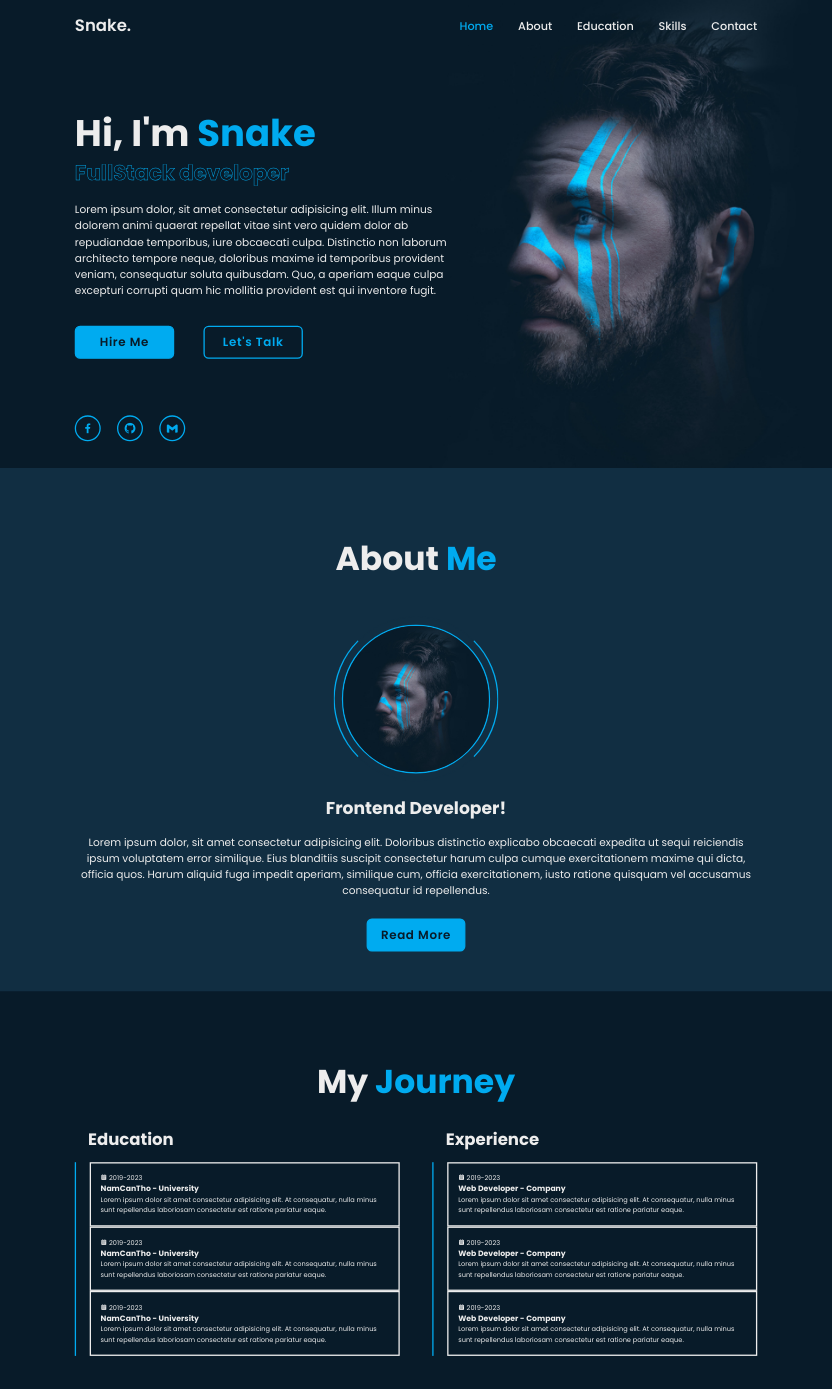
Repository: Tanty102/About_Me
Page: index.html
These files come from the project's save history. The page is drawn as it stood at one moment and after a run of saves; the edit follows.
The browser window is 1280 px wide. The pictures show the whole page, at 65% of full size.

Above is the page before, as saved 2023-09-12 18:38:34.

### index.html
<!DOCTYPE html>
<html lang="en">
  <head>
    <meta charset="UTF-8" />
    <meta name="viewport" content="width=device-width, initial-scale=1.0" />
    <link rel="stylesheet" href="style.css" />
    <title>CV Snake</title>
  </head>

  <!-- box icons -->
  <link
    href="https://unpkg.com/boxicons@2.1.4/css/boxicons.min.css"
    rel="stylesheet" />
  <body>
    <!-- Header design -->
    <header class="header">
      <a href="#" class="logo">Snake.</a>

      <div class="bx bx-menu" id="menu-icon"></div>

      <nav class="navbar">
        <a href="#home" class="active">Home</a>
        <a href="#about">About</a>
        <a href="#education">Education</a>
        <a href="#skills">Skills</a>
        <a href="#contact">Contact</a>
      </nav>
    </header>

    <!-- Home section design -->
    <section class="home" id="home">
      <div class="home-content">
        <h1>Hi, I'm <span>Snake</span></h1>
        <div class="text-animate">
          <h3>FullStack developer</h3>
        </div>
        <p>
          Lorem ipsum dolor, sit amet consectetur adipisicing elit. Illum minus
          dolorem animi quaerat repellat vitae sint vero quidem dolor ab
          repudiandae temporibus, iure obcaecati culpa. Distinctio non laborum
          architecto tempore neque, doloribus maxime id temporibus provident
          veniam, consequatur soluta quibusdam. Quo, a aperiam eaque culpa
          excepturi corrupti quam hic mollitia provident est qui inventore
          fugit.
        </p>

        <div class="btn-box">
          <a href="#" class="btn">Hire Me</a>
          <a href="#" class="btn">Let's Talk</a>
        </div>
      </div>

      <div class="home-sci">
        <a href="#"><i class="bx bxl-facebook"></i></a>
        <a href="#"><i class="bx bxl-github"></i></a>
        <a href="#"><i class="bx bxl-gmail"></i></a>
      </div>

      <div class="home-imgHover"></div>
    </section>

    <!-- About section design -->
    <section class="about" id="about">
      <h2 class="heading">About <span>Me</span></h2>

      <div class="about-img">
        <img src="image/about.jpg" alt="" />
        <span class="circle-spin"></span>
      </div>

      <div class="about-content">
        <h3>Frontend Developer!</h3>
        <p>
          Lorem ipsum dolor, sit amet consectetur adipisicing elit. Doloribus
          distinctio explicabo obcaecati expedita ut sequi reiciendis ipsum
          voluptatem error similique. Eius blanditiis suscipit consectetur harum
          culpa cumque exercitationem maxime qui dicta, officia quos. Harum
          aliquid fuga impedit aperiam, similique cum, officia exercitationem,
          iusto ratione quisquam vel accusamus consequatur id repellendus.
        </p>

        <div class="btn-box btns">
          <a href="#" class="btn">Read More</a>
        </div>
      </div>
    </section>

    <!-- Education section design -->
    <section class="education" id="education">
      <h2 class="heading">My <span>Journey</span></h2>

      <div class="education-row">
        <div class="education-column">
          <h3 class="title">Education</h3>

          <div class="education-box">
            <div class="education-content">
              <div class="content">
                <div class="year">
                  <i class="bx bxs-calendar"></i> 2019-2023
                </div>
                <h3>NamCanTho - University</h3>
                <p>
                  Lorem ipsum dolor sit amet consectetur adipisicing elit. At
                  consequatur, nulla minus sunt repellendus laboriosam
                  consectetur est ratione pariatur eaque.
                </p>
              </div>
            </div>

            <div class="education-content">
              <div class="content">
                <div class="year">
                  <i class="bx bxs-calendar"></i> 2019-2023
                </div>
                <h3>NamCanTho - University</h3>
                <p>
                  Lorem ipsum dolor sit amet consectetur adipisicing elit. At
                  consequatur, nulla minus sunt repellendus laboriosam
                  consectetur est ratione pariatur eaque.
                </p>
              </div>
            </div>

            <div class="education-content">
              <div class="content">
                <div class="year">
                  <i class="bx bxs-calendar"></i> 2019-2023
                </div>
                <h3>NamCanTho - University</h3>
                <p>
                  Lorem ipsum dolor sit amet consectetur adipisicing elit. At
                  consequatur, nulla minus sunt repellendus laboriosam
                  consectetur est ratione pariatur eaque.
                </p>
              </div>
            </div>
          </div>
        </div>

        <div class="education-column">
          <h3 class="title">Experience</h3>

          <div class="education-box">
            <div class="education-content">
              <div class="content">
                <div class="year">
                  <i class="bx bxs-calendar"></i> 2019-2023
                </div>
                <h3>Web Developer - Company</h3>
                <p>
                  Lorem ipsum dolor sit amet consectetur adipisicing elit. At
                  consequatur, nulla minus sunt repellendus laboriosam
                  consectetur est ratione pariatur eaque.
                </p>
              </div>
            </div>

            <div class="education-content">
              <div class="content">
                <div class="year">
                  <i class="bx bxs-calendar"></i> 2019-2023
                </div>
                <h3>Web Developer - Company</h3>
                <p>
                  Lorem ipsum dolor sit amet consectetur adipisicing elit. At
                  consequatur, nulla minus sunt repellendus laboriosam
                  consectetur est ratione pariatur eaque.
                </p>
              </div>
            </div>

            <div class="education-content">
              <div class="content">
                <div class="year">
                  <i class="bx bxs-calendar"></i> 2019-2023
                </div>
                <h3>Web Developer - Company</h3>
                <p>
                  Lorem ipsum dolor sit amet consectetur adipisicing elit. At
                  consequatur, nulla minus sunt repellendus laboriosam
                  consectetur est ratione pariatur eaque.
                </p>
              </div>
            </div>
          </div>
        </div>
      </div>
    </section>

    <script src="main.js"></script>
  </body>
</html>

### style.css
@import url("https://fonts.googleapis.com/css2?family=Poppins:wght@300;400;500;600;700;800;900&display=swap");

* {
  margin: 0;
  padding: 0;
  box-sizing: border-box;
  text-decoration: none;
  border: none;
  outline: none;
  scroll-behavior: smooth;
  font-family: "Poppins", sans-serif;
}

:root {
  --bg-color: #081b29;
  --second-bg-color: #112e42;
  --text-color: #ededed;
  --main-color: #00abf0;
}

html {
  font-size: 63.5%;
  overflow-x: hidden;
}

body {
  background: var(--bg-color);
  color: var(--text-color);
}

.header {
  position: fixed;
  top: 0;
  left: 0;
  width: 100%;
  padding: 2rem 9%;
  background: transparent;
  display: flex;
  justify-content: space-between;
  align-items: center;
  z-index: 100;
}

.logo {
  font-size: 2.5rem;
  color: var(--text-color);
  font-weight: 600;
}

.navbar a {
  font-size: 1.7rem;
  color: var(--text-color);
  font-weight: 500;
  margin-left: 3.5rem;
  transition: 0.3s;
}

.navbar a:hover,
.navbar a.active {
  color: var(--main-color);
}

#menu-icon {
  font-size: 3.6rem;
  color: var(--text-color);
  cursor: pointer;
  display: none;
}

section {
  min-height: 100vh;
  padding: 10rem 9% 2rem;
}

.home {
  display: flex;
  align-items: center;
  padding: 0 9%;
  background: url("/image/home.jpg") no-repeat;
  background-size: cover;
  background-position: center;
}

.home-content {
  max-width: 60rem;
}

.home-content h1 {
  font-size: 5.6rem;
  font-weight: 700;
  line-height: 1.3;
}

.home-content .text-animate {
  position: relative;
  width: 32.8rem;
}

.home-content .text-animate h3 {
  font-size: 3.2rem;
  font-weight: 700;
  color: transparent;
  -webkit-text-stroke: 0.7px var(--main-color);
}

.home-content p {
  font-size: 1.6rem;
  margin: 2rem 0 4rem;
}

.btn-box {
  position: relative;
  display: flex;
  justify-content: space-between;
  width: 34.5rem;
  height: 5rem;
}
.btn-box .btn {
  position: relative;
  display: inline-flex;
  justify-content: center;
  align-items: center;
  width: 15rem;
  height: 100%;
  background: var(--main-color);
  border: 0.2rem solid var(--main-color);
  border-radius: 0.8rem;
  font-size: 1.8rem;
  font-weight: 600;
  letter-spacing: 0.1rem;
  color: var(--bg-color);
  z-index: 1;
  overflow: hidden;
  transition: 0.5s;
}

.btn-box .btn:hover {
  color: var(--main-color);
}

.btn-box .btn:nth-child(2) {
  background: transparent;
  color: var(--main-color);
}

.btn-box .btn:nth-child(2):hover {
  color: var(--bg-color);
}

.btn-box .btn:nth-child(2)::before {
  background: var(--main-color);
}

.btn-box .btn::before {
  content: "";
  position: absolute;
  top: 0;
  left: 0;
  width: 0;
  height: 100%;
  background: var(--bg-color);
  z-index: -1;
  transition: 0.5s;
}

.btn-box .btn:hover::before {
  width: 100%;
}

.home-sci {
  position: absolute;
  bottom: 4rem;
  width: 170px;
  display: flex;
  justify-content: space-between;
}

.home-sci a {
  position: relative;
  display: inline-flex;
  justify-content: center;
  align-items: center;
  width: 40px;
  height: 40px;
  background: transparent;
  border: 0.2rem solid var(--main-color);
  border-radius: 50%;
  font-size: 20px;
  color: var(--main-color);
  z-index: 1;
  overflow: hidden;
  transition: 0.5s;
}

.home-sci a:hover {
  color: var(--bg-color);
}

.home-sci a::before {
  content: "";
  position: absolute;
  top: 0;
  left: 0;
  width: 0;
  height: 100%;
  background: var(--main-color);
  z-index: -1;
  transition: 0.5s;
}

.home-sci a:hover::before {
  width: 100%;
}

.home-imgHover {
  position: absolute;
  top: 0;
  right: 0;
  width: 45%;
  height: 100%;
  background: transparent;
  transition: 3s;
}

.home-imgHover:hover {
  background: var(--bg-color);
  opacity: 0.8;
}

.about {
  display: flex;
  justify-content: center;
  align-items: center;
  flex-direction: column;
  gap: 2rem;
  background: var(--second-bg-color);
  padding-bottom: 6rem;
}

.heading {
  font-size: 5rem;
  margin-bottom: 3rem;
  text-align: center;
}
span {
  color: var(--main-color);
}

.about-img {
  position: relative;
  width: 25rem;
  height: 25rem;
  border-radius: 50%;
  display: flex;
  justify-content: center;
  align-items: center;
}

.about-img img {
  width: 90%;
  border-radius: 50%;
  border: 0.2rem solid var(--main-color);
}

.about-img .circle-spin {
  position: absolute;
  top: 50%;
  left: 50%;
  transform: translate(-50%, -50%) rotate(0);
  width: 100%;
  height: 100%;
  border-radius: 50%;
  border-top: 0.2rem solid var(--second-bg-color);
  border-bottom: 0.2rem solid var(--second-bg-color);
  border-left: 0.2rem solid var(--main-color);
  border-right: 0.2rem solid var(--main-color);
}

.about-content {
  text-align: center;
}

.about-content h3 {
  font-size: 2.6rem;
}

.about-content p {
  font-size: 1.6rem;
  margin: 2rem 0 3rem;
}

.btn-box.btns {
  display: inline-block;
  width: 15rem;
}

.btn-box.btns a::before {
  background: var(--second-bg-color);
}

.education {
  display: flex;
  justify-content: center;
  align-items: center;
  flex-direction: column;
  min-height: auto;
  padding-bottom: 5rem;
}

.education .education-row {
  display: flex;
  flex-wrap: wrap;
  gap: 5rem;
}

.education-row .education-column {
  flex: 1 1 40rem;
}

.education-column .title {
  font-size: 2.5rem;
  margin: 0 0 1.5rem 2rem;
}

.education-column .education-box {
  border-left: .2rem solid var(--main-color);
}

.education-box .education-content {
  position: relative;
  padding-left: 2rem;
}

.education-content .content {
  position: relative;
  padding: 1.5rem;
  border: .2rem solid;
}

Loaded but not shown: main.js (no copy from this time; the picture is the same without it)

After the next 3 saves:
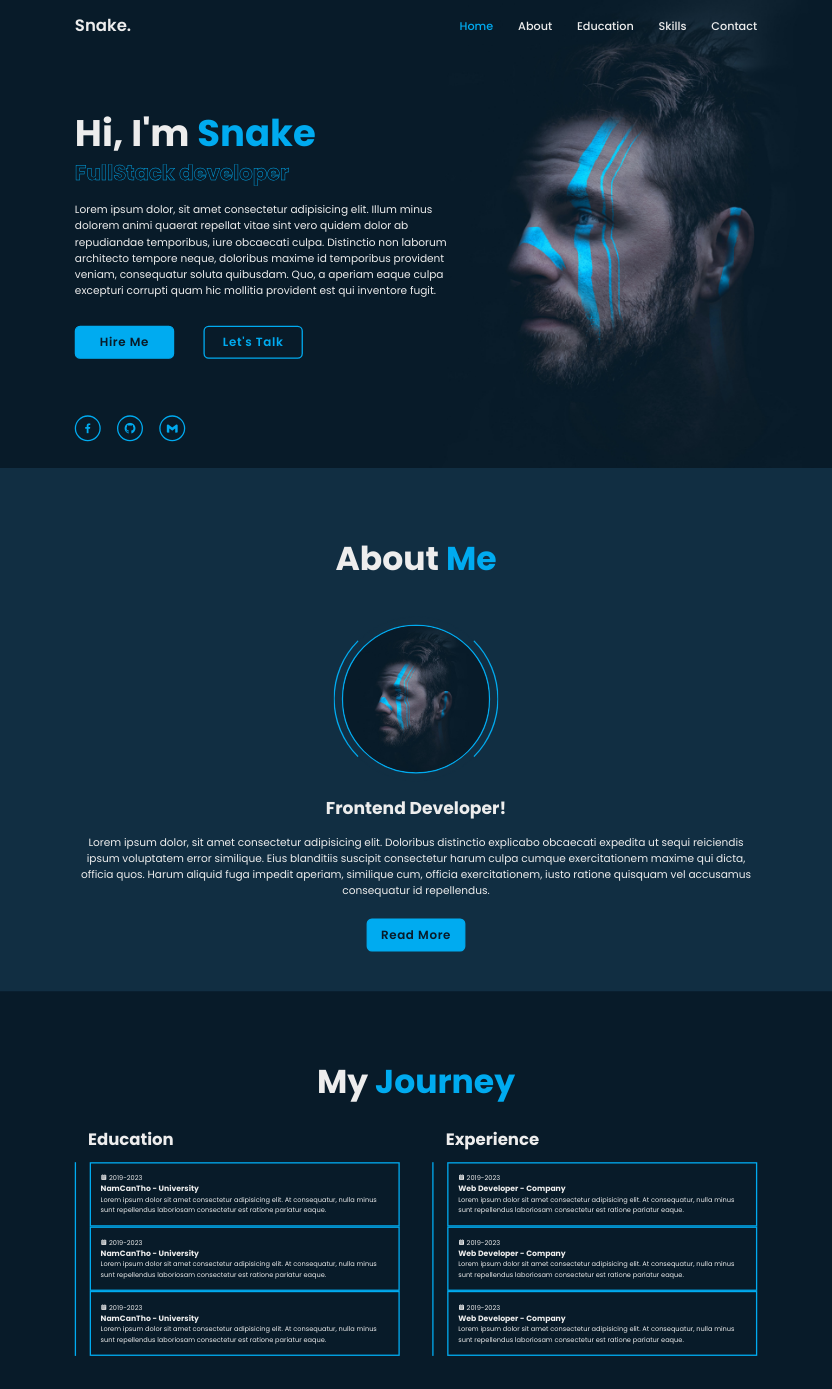
The 3 saves are shown as one change because they came seconds apart.
The last was saved 7 s later.
--- a/style.css
+++ b/style.css
@@ -334,5 +334,6 @@ span {
 .education-content .content {
   position: relative;
   padding: 1.5rem;
-  border: .2rem solid;
-}
+  border: .2rem solid var(--main-color);
+  br
+}
